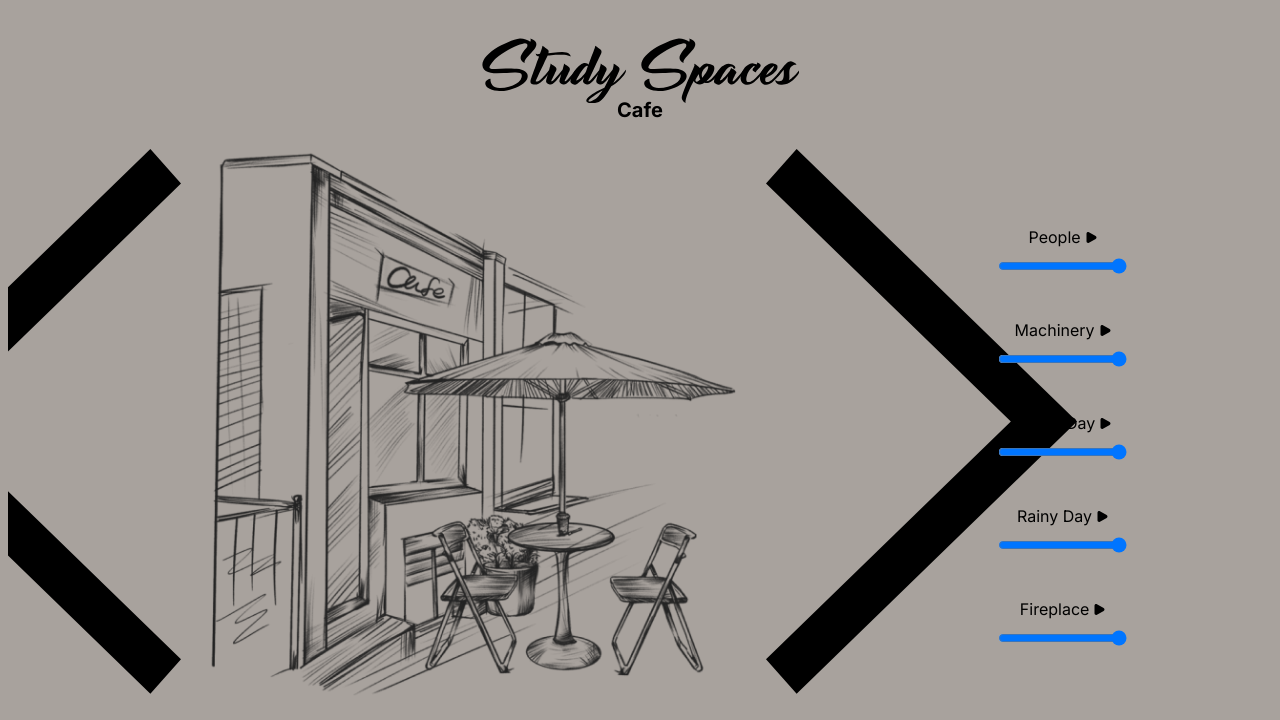
Repository: kaitlynlie/studyspaces
Page: / (app in studyspaces/)
An editor plug-in stored every save of this project. The page is shown before and after the next save, followed by the edit.
The browser window is 1280 px wide. The pictures show the whole page.
The project was rebuilt for these pictures with package versions that can differ from the ones it lists, and the page was loaded fresh each time. Also part of the build but not shown: studyspaces/vite.config.ts. Imported but missing from the stored project, and not drawn on this page: studyspaces/src/audio/fireplace.wav, studyspaces/src/audio/people.wav, studyspaces/src/audio/rain.wav, studyspaces/src/audio/softmachinery.mp3, studyspaces/src/audio/sun.wav.

Above is the page before, as saved 2023-09-28 10:59:13.

After the next save:
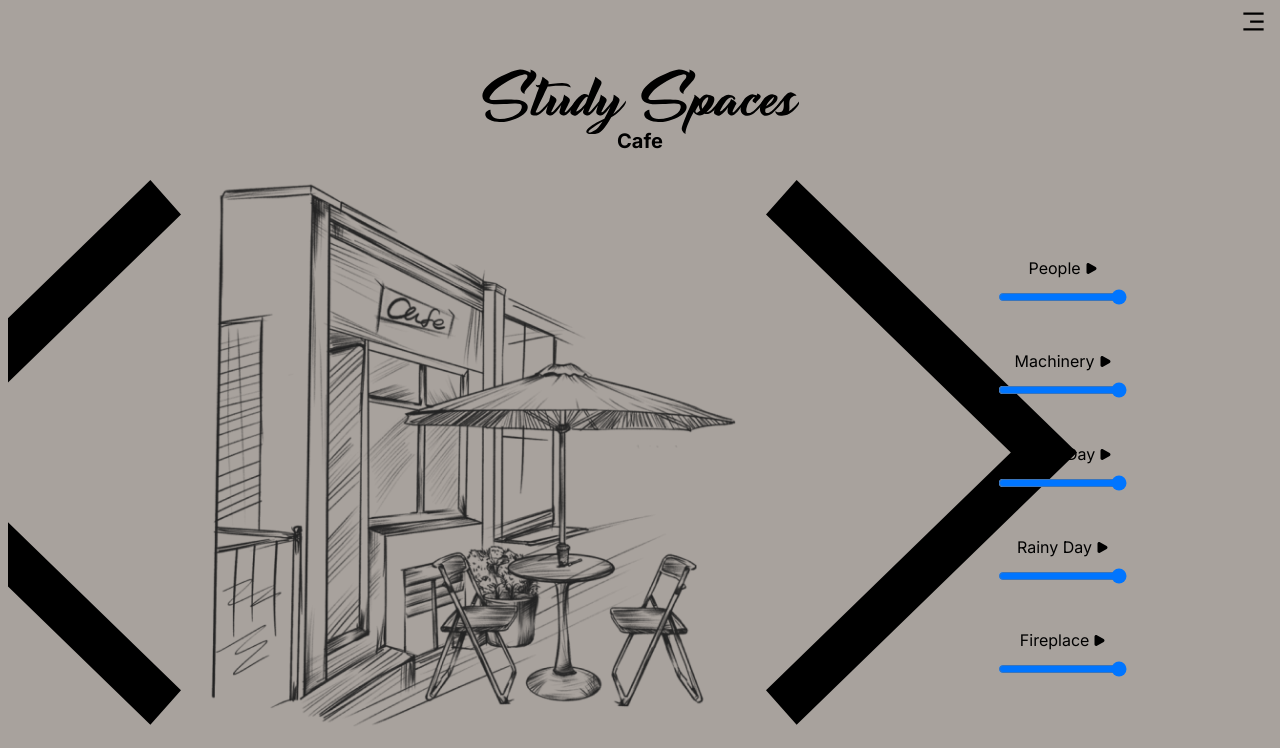
Saved 12 s later.
--- a/studyspaces/src/App.tsx
+++ b/studyspaces/src/App.tsx
@@ -13,7 +13,7 @@ function App() {
             alt='tracks'
             className={clsx(styles.tracks)}
           />  */}
-        {/* <Navbar /> */}
+        <Navbar />
         <Routes>
           <Route index path="/" element={<Home />} />
           {/* <Route path="about" element={<About />} />
